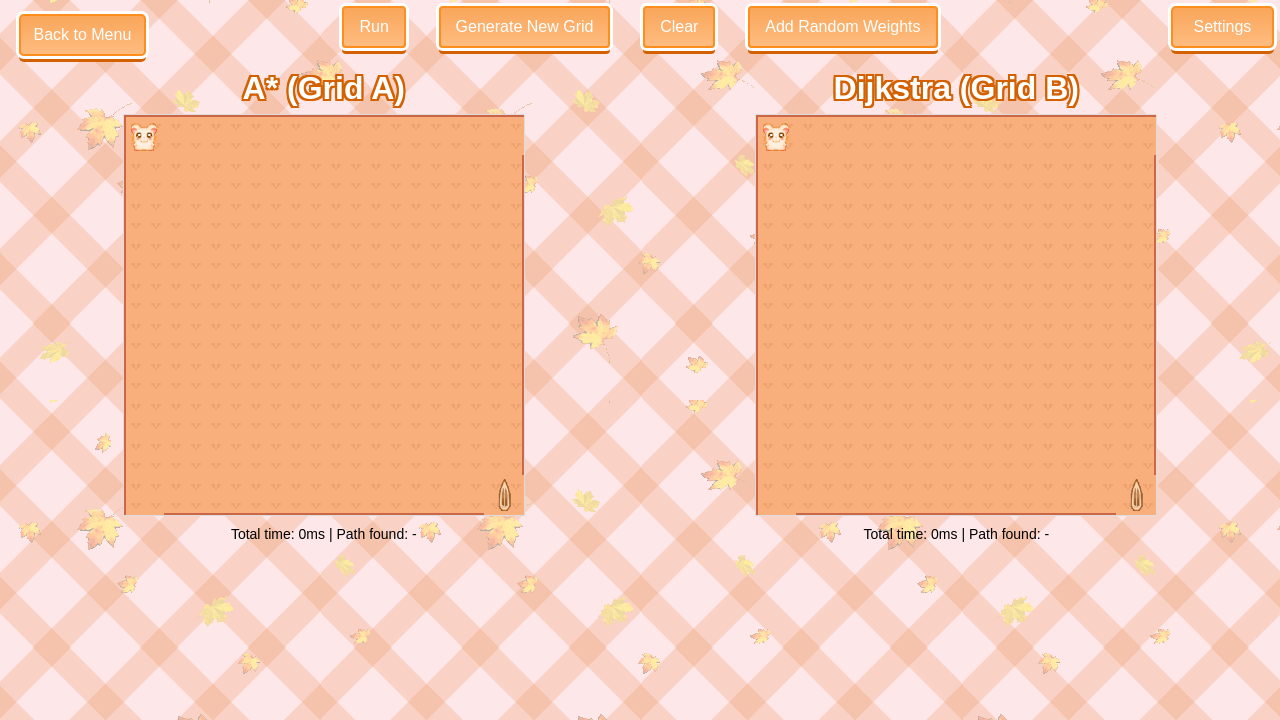
Repository: ramosfranz/Hamster-Crossing
Page: src/game.html
The author's editor kept a copy of each file at every save. The page is drawn from the files as they stood at one save, then again after the next save.
The browser window is 1280 px wide. The pictures show the whole page.
Some web fonts or font styles are not loaded; a fallback is used.

Above is the page before, as saved 2025-05-13 14:38:45.

After the next save:
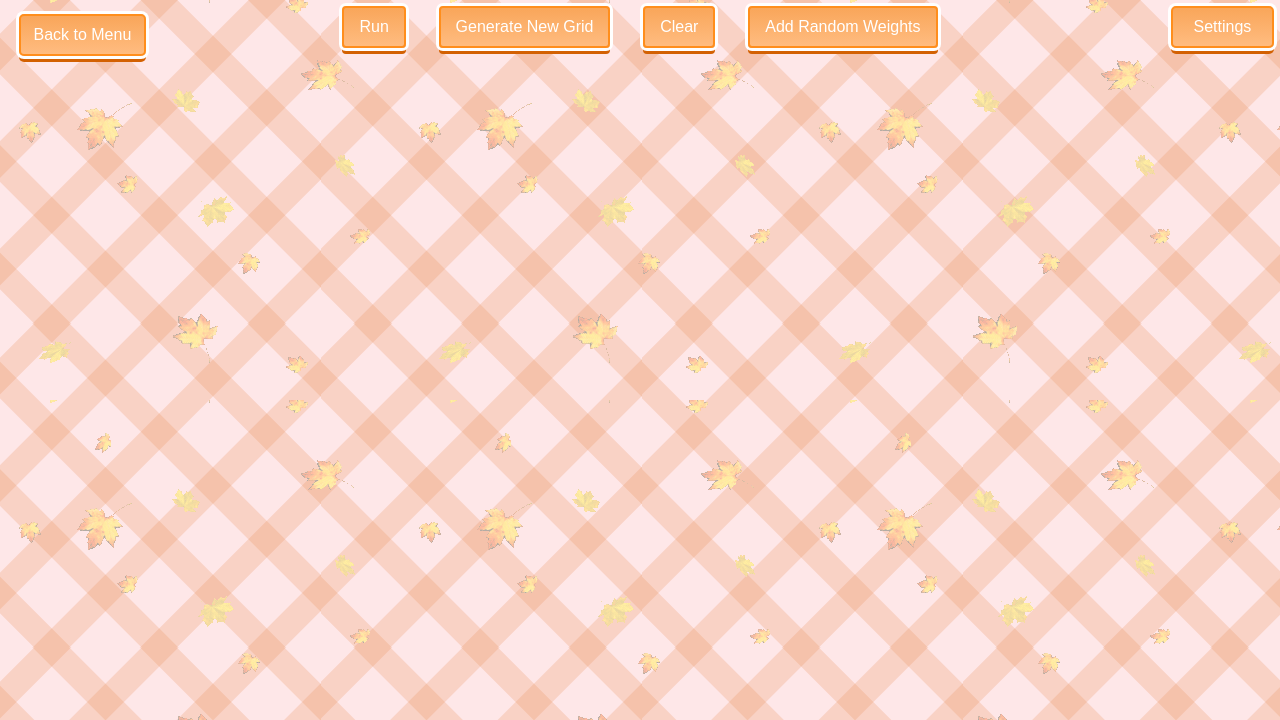
Console error: ReferenceError: slider is not defined
Saved 16 s later.
--- a/src/js/popup/settingsPopUp.js
+++ b/src/js/popup/settingsPopUp.js
@@ -22,6 +22,18 @@
     { id: 'dfs', name: 'Depth-First Search' },
     { id: 'bellmanFord', name: 'Bellman-Ford' }
 ];
+
+function updateSliderBackground() {
+    const value = slider.value;
+    const min = slider.min || 0;
+    const max = slider.max || 100;
+    const percentage = ((value - min) / (max - min)) * 100;
+
+    slider.style.background = `linear-gradient(to right, var(--gradient) 0%, var(--gradient) ${percentage}%, rgba(255, 255, 255, 0.2) ${percentage}%, rgba(255, 255, 255, 0.2) 100%)`;
+  }
+
+  slider.addEventListener('input', updateSliderBackground);
+  updateSliderBackground(); // Initial call on load
 
 function updateSettingsUI() {
     domElements.volumeSlider.value = settings.volume;

After the 2 saves that followed:
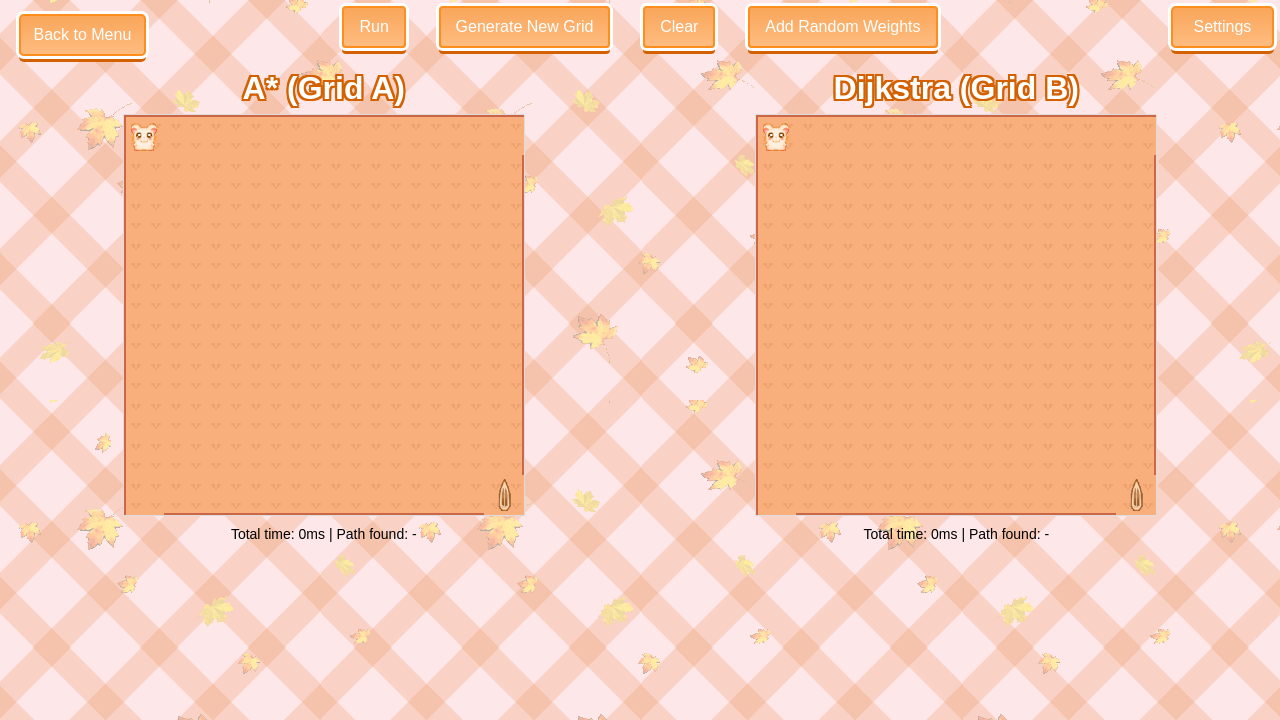
The error is gone.
The 2 saves are shown as one change because 1 left the picture as it was.
The last was saved 5 min 14 s later.
--- a/src/js/popup/settingsPopUp.js
+++ b/src/js/popup/settingsPopUp.js
@@ -23,6 +23,8 @@
     { id: 'bellmanFord', name: 'Bellman-Ford' }
 ];
 
+const slider = domElements.slider;
+
 function updateSliderBackground() {
     const value = slider.value;
     const min = slider.min || 0;
@@ -30,11 +32,10 @@
     const percentage = ((value - min) / (max - min)) * 100;
 
     slider.style.background = `linear-gradient(to right, var(--gradient) 0%, var(--gradient) ${percentage}%, rgba(255, 255, 255, 0.2) ${percentage}%, rgba(255, 255, 255, 0.2) 100%)`;
-  }
+}
 
-  slider.addEventListener('input', updateSliderBackground);
-  updateSliderBackground(); // Initial call on load
-
+slider.addEventListener('input', updateSliderBackground);
+updateSliderBackground(); // Initial call on load
 function updateSettingsUI() {
     domElements.volumeSlider.value = settings.volume;
     domElements.hamsterDropdown.value = settings.hamster;
